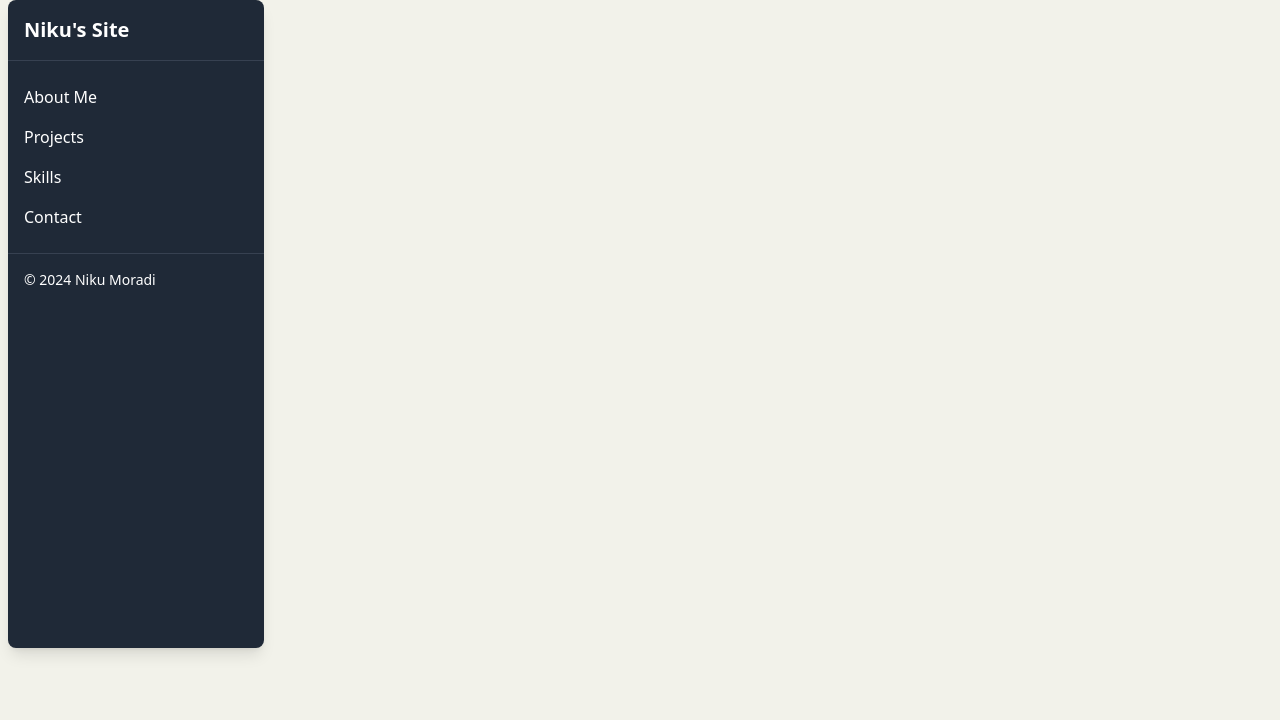
Repository: NikuMoradi/niku-moradi
Page: /About
The author's editor kept a copy of each file at every save. The page is drawn from the files as they stood at one save, then again after the next save.
The browser window is 1280 px wide. The pictures show the whole page.
The project was rebuilt for these pictures with package versions that can differ from the ones it lists, and the page was loaded fresh each time. The framework's server and built-in components were replaced by stand-ins that run in the browser. Also part of the build but not shown: nuxt.config.ts, components/Blog Posts/Component-Design.vue, components/Blog.vue, components/Contact.vue, components/Education.vue, components/Experience.vue, components/Hero.vue, components/Menu.vue and 6 more.

Above is the page before, as saved 2024-11-28 10:12:26.

After the next save:
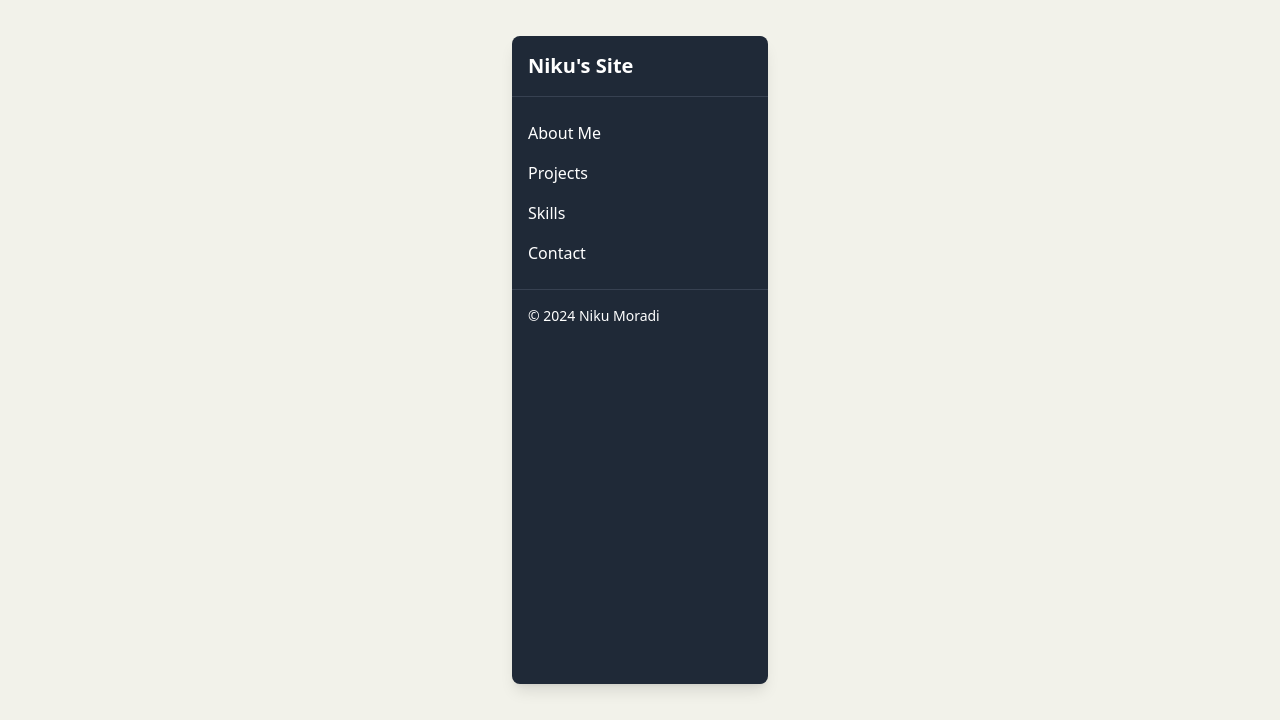
Saved 84 s later.
--- a/components/LeftPanel.vue
+++ b/components/LeftPanel.vue
@@ -1,26 +1,28 @@
 <template>
-  <div class="bg-gray-800 text-white h-[90vh] w-64 mx-2 rounded-lg shadow-lg">
-    <div class="p-4 border-b border-gray-700">
-      <h1 class="text-xl font-bold">Niku's Site</h1>
-    </div>
-    <nav class="p-4">
-      <ul>
-        <li class="py-2">
-          <a href="#about" class="hover:text-gray-300">About Me</a>
-        </li>
-        <li class="py-2">
-          <a href="#projects" class="hover:text-gray-300">Projects</a>
-        </li>
-        <li class="py-2">
-          <a href="#skills" class="hover:text-gray-300">Skills</a>
-        </li>
-        <li class="py-2">
-          <a href="#contact" class="hover:text-gray-300">Contact</a>
-        </li>
-      </ul>
-    </nav>
-    <div class="p-4 border-t border-gray-700">
-      <p class="text-sm">© 2024 Niku Moradi</p>
+  <div class="flex items-center justify-center h-screen">
+    <div class="bg-gray-800 text-white h-[90vh] w-64 mx-2 rounded-lg shadow-lg">
+      <div class="p-4 border-b border-gray-700">
+        <h1 class="text-xl font-bold">Niku's Site</h1>
+      </div>
+      <nav class="p-4">
+        <ul>
+          <li class="py-2">
+            <a href="#about" class="hover:text-gray-300">About Me</a>
+          </li>
+          <li class="py-2">
+            <a href="#projects" class="hover:text-gray-300">Projects</a>
+          </li>
+          <li class="py-2">
+            <a href="#skills" class="hover:text-gray-300">Skills</a>
+          </li>
+          <li class="py-2">
+            <a href="#contact" class="hover:text-gray-300">Contact</a>
+          </li>
+        </ul>
+      </nav>
+      <div class="p-4 border-t border-gray-700">
+        <p class="text-sm">© 2024 Niku Moradi</p>
+      </div>
     </div>
   </div>
 </template>
